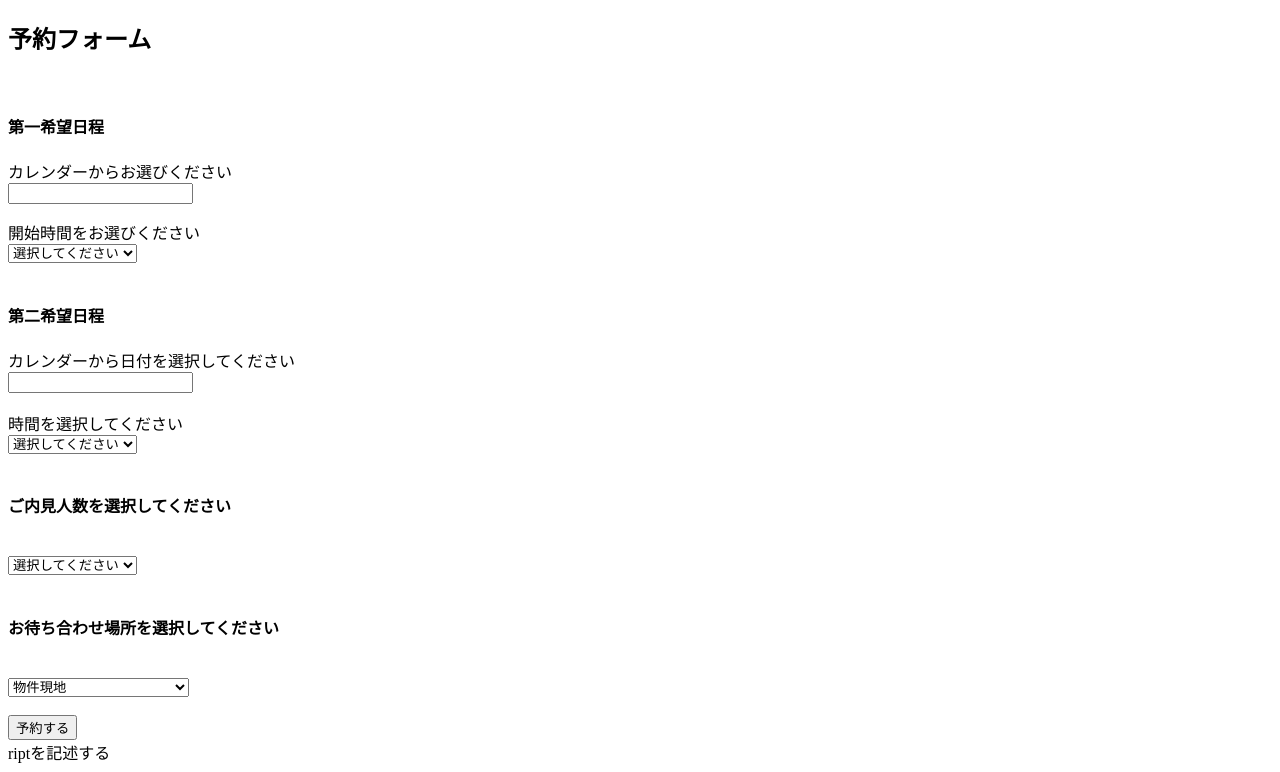
Repository: tuwen0803/contactform
Page: reservation.html
The author's editor kept a record of every edit. The page is drawn from the files as they stood at one moment, then again after the next edit.
The browser window is 1280 px wide. The pictures show the whole page.
Some web libraries are served in a nearby version.

Above is the page before.

### reservation.html
<!DOCTYPE html>
<html lang="ja">
  <head>
    <meta charset="utf-8">
    <!-- jQuery -->
    <script src="https://code.jquery.com/jquery-3.5.1.min.js"></script>
    <!-- jQuery UI -->
    <script src="https://ajax.googleapis.com/ajax/libs/jqueryui/1.12.1/jquery-ui.min.js"></script>
    <link rel="stylesheet" href="https://ajax.googleapis.com/ajax/libs/jqueryui/1.12.1/themes/smoothness/jquery-ui.css">
    <script src="https://ajax.googleapis.com/ajax/libs/jqueryui/1/i18n/jquery.ui.datepicker-ja.min.js"></script>

  <body>


    <script>
      //ここにJavaSc<script src="http://ajax.googleapis.com/ajax/libs/jquery/1/jquery.min.js"></script>
<script src="http://ajax.googleapis.com/ajax/libs/jqueryui/1/jquery-ui.min.js"></script>
<link rel="stylesheet" href="http://ajax.googleapis.com/ajax/libs/jqueryui/1/themes/flick/jquery-ui.css">
<h2>予約フォーム</h2><br>
<form method="POST" action="">
  <h4>第一希望日程</h4>
  <p>カレンダーからお選びください<br>
  <input type="text" id="calender"><div id="datepicker"></div></p>
  開始時間をお選びください<br>
	<select name="time">
	<option value=""> 選択してください</option>
	<option value="">10:00開始</option>
	<option value="">11:00開始</option>
	<option value="">12:00開始</option>
	<option value="">13:00開始</option>
	<option value="">14:00開始</option>
	<option value="">15:00開始</option>
	<option value="">16:00開始</option>
	<option value="">17:00開始</option>
	</select><br><br>
	 <h4>第二希望日程</h4>
	 カレンダーから日付を選択してください<br>
<input type="text" id="calender"><br><div id="datepicker"></div><br>
   時間を選択してください<br>
	<select name="time">
	<option value=""> 選択してください</option>
	<option value="">10:00開始</option>
	<option value="">11:00開始</option>
	<option value="">12:00開始</option>
	<option value="">13:00開始</option>
	<option value="">14:00開始</option>
	<option value="">15:00開始</option>
	<option value="">16:00開始</option>
	<option value="">17:00開始</option>
	</select><br><br>

<h4>ご内見人数を選択してください</h4><br>
	<select name="persons">
	<option value=""> 選択してください</option>
	<option value="">1名様</option>
	<option value="">2名様</option>
	<option value="">3名様</option>
	<option value="">4名様以上</option>
	</select><br><br>

<h4>お待ち合わせ場所を選択してください</h4><br>
 	<select name="place">
  <option value="">物件現地</option>
  <option value="">弊社（港区白金台3-15-2）</option>

	</select>
	<br><br>
	<input type="submit" value="予約する" class="submit">
</form>

<script>
$(function() {
  $('#calender').datepicker({
    duration: 500,  // 指定ミリ秒の時間をかける
    showAnim: 'slideDown', // スライドダウンで表示する
  });
});


/*$(function() {
	var dateFormat = 'yy年mm月dd日';
    $("#datepicker").datepicker({
        dateFormat: dateFormat,
        minDate: 0,
        onSelect: function(dateText, inst) {
                    $("#date_val").val(dateText);
        }
    });
});*/
</script>riptを記述する
    </script>

  </body>
</html>

After the next edit:
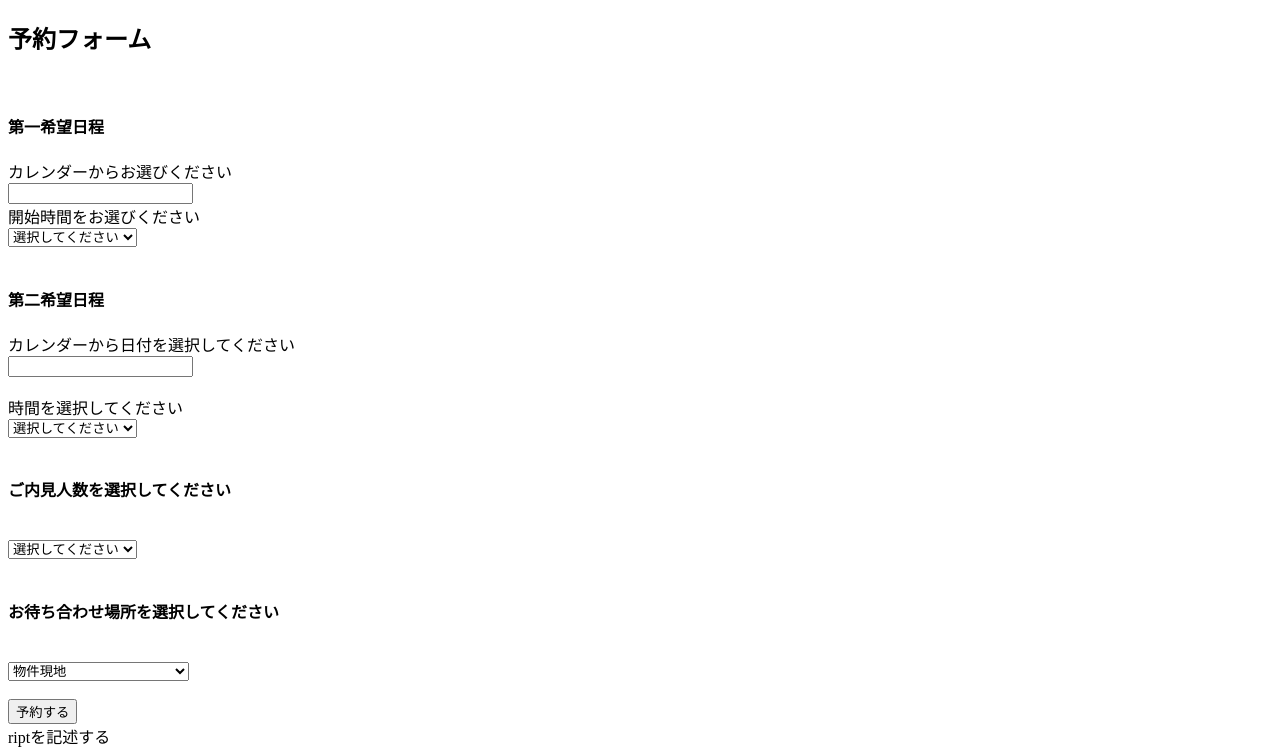
The edit:
--- a/reservation.html
+++ b/reservation.html
@@ -19,8 +19,8 @@
 <h2>予約フォーム</h2><br>
 <form method="POST" action="">
   <h4>第一希望日程</h4>
-  <p>カレンダーからお選びください<br>
-  <input type="text" id="calender"><div id="datepicker"></div></p>
+  カレンダーからお選びください<br>
+  <input type="text" id="calender"><div id="datepicker"></div>
   開始時間をお選びください<br>
 	<select name="time">
 	<option value=""> 選択してください</option>
